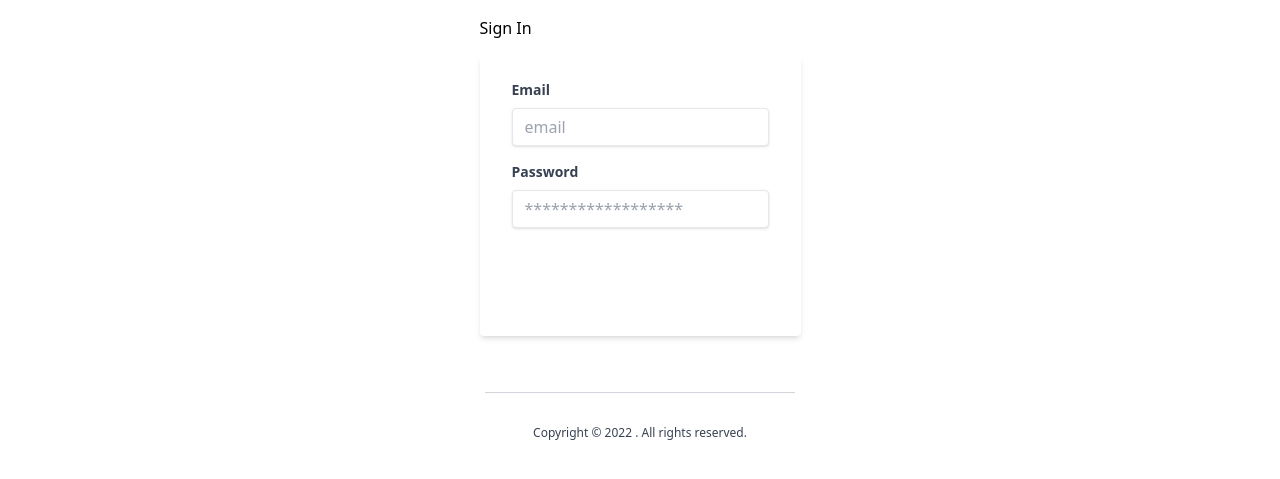
Repository: DevLaukey/mamaz
Page: /
An editor plug-in stored every save of this project. The page is shown before and after the next save, followed by the edit.
The browser window is 1280 px wide. The pictures show the whole page.
The page's requests for data from a server got no answer. The project was rebuilt for these pictures with package versions that can differ from the ones it lists, and the page was loaded fresh each time. The framework's server and built-in components were replaced by stand-ins that run in the browser. No one was signed in, and anything a server would have sent is missing. Also part of the build but not shown: next.config.js, styles/Home.module.css.

Above is the page before, as saved 2022-10-01 09:41:24.

### pages/index.js
import Head from 'next/head'
import Image from 'next/image'
import styles from '../styles/Home.module.css'
import "react-toastify/dist/ReactToastify.css";
import { ToastContainer } from "react-toastify";
import SignIn from '../components/SignIn';


export default function Home() {
  return (
    <div className="w-full">
      <Head>
        <title>Mama-Mboga</title>
        <meta name="description" content="Mama-Mboga app for you." />
        <meta property="og:title" content="Mama-Mboga" key="title" />
      </Head>
      <div className="mobile:px-10 px-4 pb-10 flex justify-center">
        <main className="w-fw">
          <SignIn />
        </main>
      </div>
      <footer className="flex justify-center">
        <div
          className="
        sm:flex-row sm:items-center
        flex-col
        flex w-fw px-12 py-8
        desktop:px-0
        border-solid
        border-t border-gray-300"
        >
          <span className="block text-gray-700 text-xs">
            Copyright © 2022 . All rights reserved.
          </span>
          {/* <div
            className="
            sm:justify-end sm:m-0
            flex flex-1 mt-4
          "
          >
            <Link href="/admin">
              <a aria-label="Admin panel">
                <p className="text-sm font-semibold">Admins</p>
              </a>
            </Link>
          </div> */}
        </div>
      </footer>
      <ToastContainer autoClose={3000} />
    </div>
  );
}

### components/SignIn.js
import React, { useState } from "react";
import "react-toastify/dist/ReactToastify.css";
import { toast, ToastContainer } from "react-toastify";
import { supabaseClient } from "../utils/supabase-client";
import { useRouter } from "next/router";


const SignIn = () => {
  const [email, setEmail] = useState("");
  const [password, setPassword] = useState("");
  const router = useRouter();

  const signIn = async () => {
    if (email === "" || password === "") {
      toast("Please fill in all fields");
    }
    try {
      let { user, error } = await supabaseClient.auth.signIn({
        email: email,
        password: password,
      });
      if (error) {
        throw error;
      }
      if (user) {
        router.push("/admin");
      }
    } catch (error) {
      console.log("object");
      toast(error.error_description || error.message);
    }
  };

  return (
    <div>
      <h3 className="my-4">Sign In</h3>
      <div className="flex flex-1 justify-center">
        <div className="w-full max-w-144">
          <form
            className="bg-white shadow-md rounded px-8 pt-6 pb-8 mb-4"
            onSubmit={signIn}
          >
            <div className="mb-4">
              <label
                className="block text-gray-700 text-sm font-bold mb-2"
                htmlFor="email"
              >
                Email
              </label>
              <input
                onChange={(e) => setEmail(e.target.value)}
                name="email"
                className="shadow appearance-none border rounded w-full py-2 px-3 text-gray-700 leading-tight focus:outline-none focus:shadow-outline"
                id="email"
                type="email"
                placeholder="email"
              />
            </div>
            <div className="mb-6">
              <label
                className="block text-gray-700 text-sm font-bold mb-2"
                htmlFor="password"
              >
                Password
              </label>
              <input
                onChange={(e) => {
                  setPassword(e.target.value);
                }}
                name="password"
                className="shadow appearance-none border rounded w-full py-2 px-3 text-gray-700 mb-3 leading-tight focus:outline-none focus:shadow-outline"
                id="password"
                type="password"
                placeholder="******************"
              />
            </div>
            <div className="flex items-center justify-between">
              <button
                onClick={signIn}
                className="bg-primary hover:bg-black text-white font-bold py-2 px-4 rounded focus:outline-none focus:shadow-outline"
                type="button"
              >
                Sign In
              </button>
              {/* <a
                className="inline-block align-baseline font-bold text-sm"
                href="#"
              >
                Forgot Password?
              </a> */}
            </div>
          </form>
        </div>
      </div>
      <ToastContainer autoClose={3000} />
    </div>
  );
};

export default SignIn;

### utils/supabase-client.js
import { createClient } from '@supabase/supabase-js';

const supabaseUrl = process.env.NEXT_PUBLIC_SUPABASE_URL
const supabaseAnonKey = process.env.NEXT_PUBLIC_SUPABASE_ANON_KEY

export const supabaseClient = createClient(supabaseUrl, supabaseAnonKey);

Loaded but not shown: pages/_app.js (common file); styles/globals.css (common file); tailwind.config.js (common file)

After the next save:
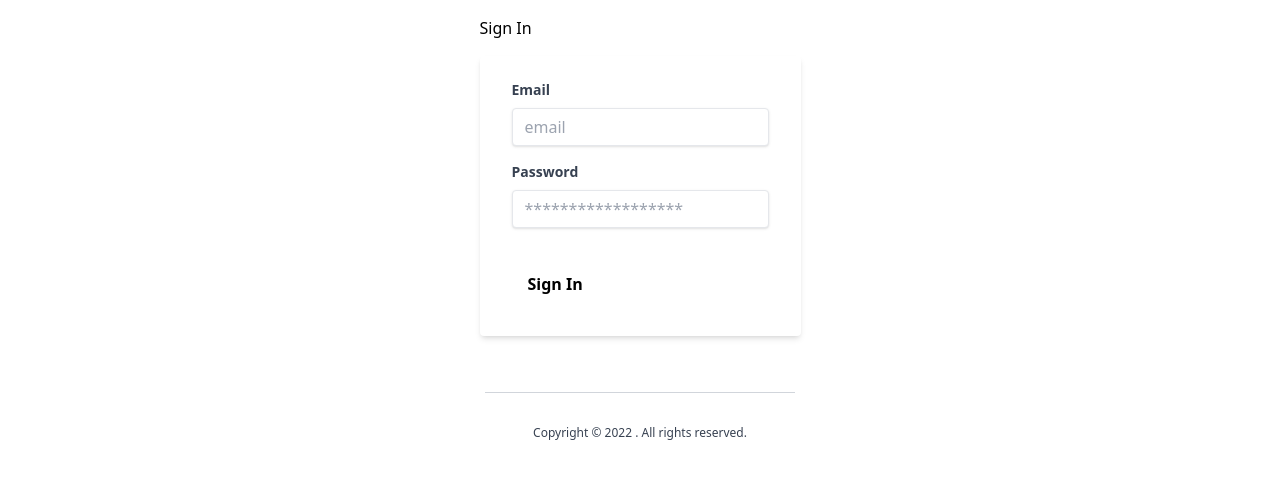
Saved 5 min 4 s later.
--- a/components/SignIn.js
+++ b/components/SignIn.js
@@ -77,7 +77,7 @@ const SignIn = () => {
             <div className="flex items-center justify-between">
               <button
                 onClick={signIn}
-                className="bg-primary hover:bg-black text-white font-bold py-2 px-4 rounded focus:outline-none focus:shadow-outline"
+                className="bg-primary hover:bg-black  font-bold py-2 px-4 rounded focus:outline-none focus:shadow-outline"
                 type="button"
               >
                 Sign In
